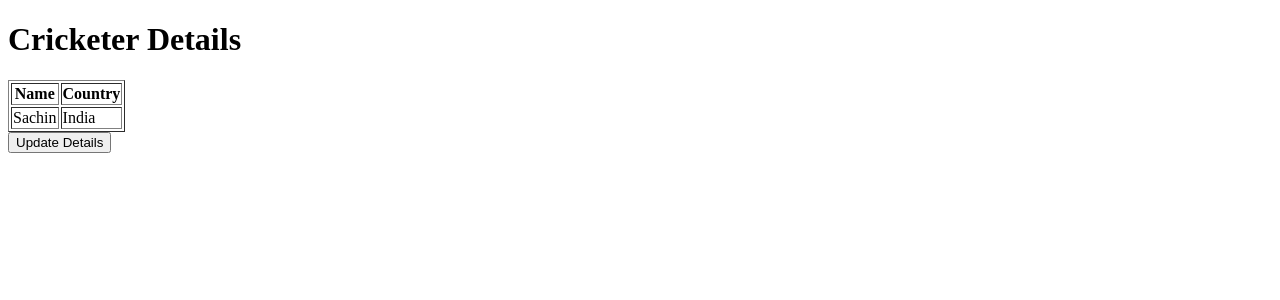
Repository: M-Anusha/Myprojects
Page: ajaxDemo/WebContent/Ajaxjson.html
The author's editor kept a copy of each file at every save. The page is drawn from the files as they stood at one save, then again after the next save.
The browser window is 1280 px wide. The pictures show the whole page.

Above is the page before, as saved 2015-08-17 09:57:33.

### ajaxDemo/WebContent/Ajaxjson.html
<!DOCTYPE html>
<html>
<head>
<meta charset="ISO-8859-1">
<title>Insert title here</title>
</head>
<script type="application/javascript">


function loadJSON()
{
	var data_file="data.json";
	var http_request=new XMLHttpRequest();

	if(window.XMLHttpRequest)	//Request obj creation
	{
		xmlhttp=new XMLHttpRequest();
	}
	else{
		xmlhttp=new ActiveXObject("Microsoft.XMLHTTP");
	}

	xmlhttp.onreadystatechange=function()	//Response obj creation
	{
		if(xmlhttp.readyState==4 && xmlhttp.status==200){
			document.getElementById("t").innerHTML=xmlhttp.responseText;

		}
	}
	http_request.onreadystatechange=function(){
		if(xmlhttp.readyState==4){
			var jsonObj=JSON.parse(http_request.responseText);
			document.getElementbyId("Name").innerHTML=jsonObj.name;
			document.getElementbyId("Country").innerHTML=jsonObj.country;
		}
	}
	xmlhttp.open("GET", data_file, true);
	http_request.send();
	}


</script>
<body>
	<h1>Cricketer Details</h1>
	<table border="1">
		<tr>
			<th>Name</th>
			<th>Country</th>
		</tr>
		<tr>
			<td><div id="Name">Sachin</div></td>
			<td><div id="Country">India</div></td>
		</tr>
	</table>
	<div class="central">
		<input type="submit" value="Update Details" onclick="loadJSON()">
	</div>
</body>
</html>

After the next save:
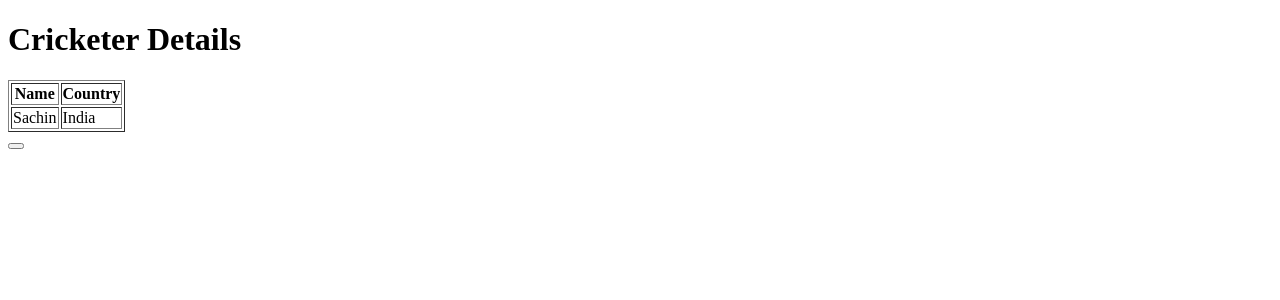
Saved 2 min 47 s later.
--- a/ajaxDemo/WebContent/Ajaxjson.html
+++ b/ajaxDemo/WebContent/Ajaxjson.html
@@ -20,13 +20,13 @@
 		xmlhttp=new ActiveXObject("Microsoft.XMLHTTP");
 	}
 
-	xmlhttp.onreadystatechange=function()	//Response obj creation
+/* 	xmlhttp.onreadystatechange=function()	//Response obj creation
 	{
 		if(xmlhttp.readyState==4 && xmlhttp.status==200){
 			document.getElementById("t").innerHTML=xmlhttp.responseText;
 
 		}
-	}
+	} */
 	http_request.onreadystatechange=function(){
 		if(xmlhttp.readyState==4){
 			var jsonObj=JSON.parse(http_request.responseText);
@@ -53,7 +53,7 @@
 		</tr>
 	</table>
 	<div class="central">
-		<input type="submit" value="Update Details" onclick="loadJSON()">
+		<button type="button"  onclick="loadJSON()"></button>
 	</div>
 </body>
 </html>

After the save that followed:
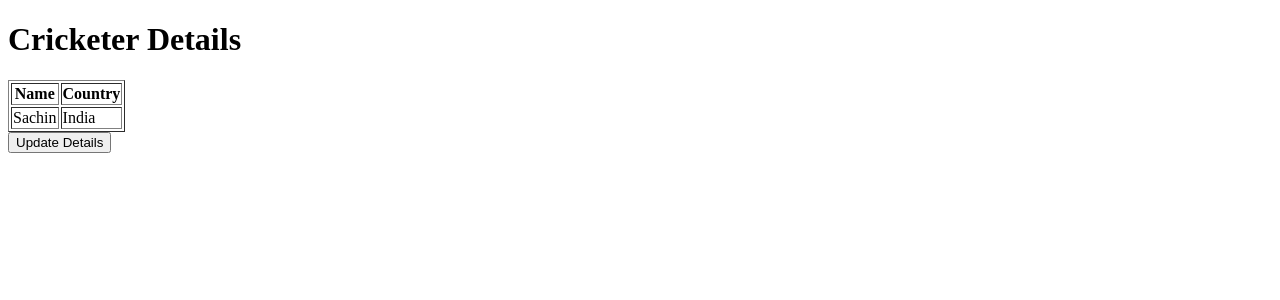
Saved 23 s later.
--- a/ajaxDemo/WebContent/Ajaxjson.html
+++ b/ajaxDemo/WebContent/Ajaxjson.html
@@ -53,7 +53,7 @@
 		</tr>
 	</table>
 	<div class="central">
-		<button type="button"  onclick="loadJSON()"></button>
+		<button type="button"  onclick="loadJSON()">Update Details</button>
 	</div>
 </body>
 </html>
